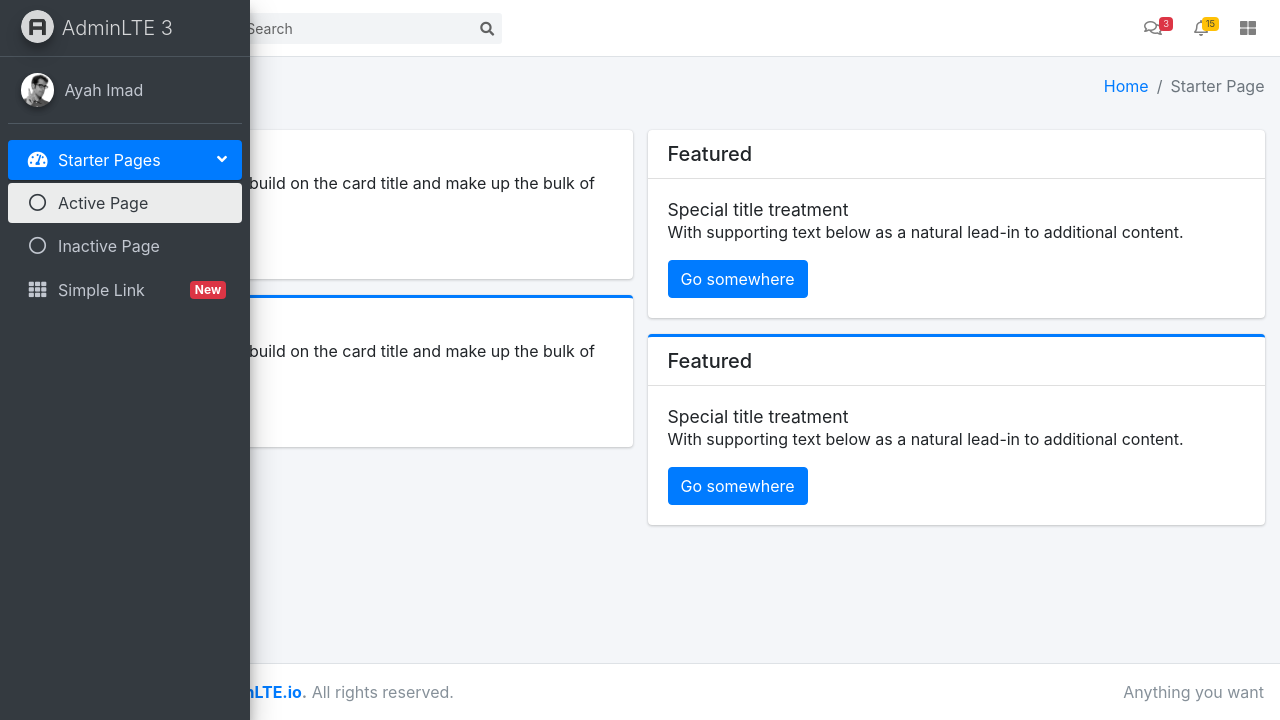
Repository: Abdaljawad-Aya/Django-Exercises
Page: polls/templates/polls/starter.html
The author's editor kept a copy of each file at every save. The page is drawn from the files as they stood at one save, then again after the next save.
The browser window is 1280 px wide. The pictures show the whole page.
Some web fonts or font styles are not loaded; a fallback is used. The page is served by the project's application, run on Django 3.2 (manage.py). Other server files are loaded and not shown. The template is opened directly, without the code that normally fills it, so the values that code supplies are empty.

Above is the page before, as saved 2021-03-09 19:48:50.

### crudDj/DJ/polls/templates/polls/starter.html

<!--
This is a starter template page. Use this page to start your new project from
scratch. This page gets rid of all links and provides the needed markup only.
-->
{% load static %}
<!DOCTYPE html>
<html lang="en">
<head>
  <meta charset="utf-8">
  <meta name="viewport" content="width=device-width, initial-scale=1">
  <meta http-equiv="x-ua-compatible" content="ie=edge">

  <title>AdminLTE 3 | Starter</title>

  <!-- Font Awesome Icons -->
  <link rel="stylesheet" href="{% static 'plugins/fontawesome-free/css/all.min.css' %}">
  <!-- Theme style -->
  <link rel="stylesheet" href="{% static 'dist/css/adminlte.min.css'%}">
  <!-- Google Font: Source Sans Pro -->
  <link href="https://fonts.googleapis.com/css?family=Source+Sans+Pro:300,400,400i,700" rel="stylesheet">
</head>
<body class="hold-transition sidebar-mini">
<div class="wrapper">

  <!-- Navbar -->
  <nav class="main-header navbar navbar-expand navbar-white navbar-light">
    <!-- Left navbar links -->
    <ul class="navbar-nav">
      <li class="nav-item">
        <a class="nav-link" data-widget="pushmenu" href="#" role="button"><i class="fas fa-bars"></i></a>
      </li>
      <li class="nav-item d-none d-sm-inline-block">
        <a href="index3.html" class="nav-link">Home</a>
      </li>
      <li class="nav-item d-none d-sm-inline-block">
        <a href="#" class="nav-link">Contact</a>
      </li>
    </ul>

    <!-- SEARCH FORM -->
    <form class="form-inline ml-3">
      <div class="input-group input-group-sm">
        <input class="form-control form-control-navbar" type="search" placeholder="Search" aria-label="Search">
        <div class="input-group-append">
          <button class="btn btn-navbar" type="submit">
            <i class="fas fa-search"></i>
          </button>
        </div>
      </div>
    </form>

    <!-- Right navbar links -->
    <ul class="navbar-nav ml-auto">
      <!-- Messages Dropdown Menu -->
      <li class="nav-item dropdown">
        <a class="nav-link" data-toggle="dropdown" href="#">
          <i class="far fa-comments"></i>
          <span class="badge badge-danger navbar-badge">3</span>
        </a>
        <div class="dropdown-menu dropdown-menu-lg dropdown-menu-right">
          <a href="#" class="dropdown-item">
            <!-- Message Start -->
            <div class="media">
              <img src="{% static 'dist/img/user1-128x128.jpg'%}" alt="User Avatar" class="img-size-50 mr-3 img-circle">
              <div class="media-body">
                <h3 class="dropdown-item-title">
                  Brad Diesel
                  <span class="float-right text-sm text-danger"><i class="fas fa-star"></i></span>
                </h3>
                <p class="text-sm">Call me whenever you can...</p>
                <p class="text-sm text-muted"><i class="far fa-clock mr-1"></i> 4 Hours Ago</p>
              </div>
            </div>
            <!-- Message End -->
          </a>
          <div class="dropdown-divider"></div>
          <a href="#" class="dropdown-item">
            <!-- Message Start -->
            <div class="media">
              <img src="{% static 'dist/img/user8-128x128.jpg'%}" alt="User Avatar" class="img-size-50 img-circle mr-3">
              <div class="media-body">
                <h3 class="dropdown-item-title">
                  John Pierce
                  <span class="float-right text-sm text-muted"><i class="fas fa-star"></i></span>
                </h3>
                <p class="text-sm">I got your message bro</p>
                <p class="text-sm text-muted"><i class="far fa-clock mr-1"></i> 4 Hours Ago</p>
              </div>
            </div>
            <!-- Message End -->
          </a>
          <div class="dropdown-divider"></div>
          <a href="#" class="dropdown-item">
            <!-- Message Start -->
            <div class="media">
              <img src="{% static 'dist/img/user3-128x128.jpg'%}" alt="User Avatar" class="img-size-50 img-circle mr-3">
              <div class="media-body">
                <h3 class="dropdown-item-title">
                  Nora Silvester
                  <span class="float-right text-sm text-warning"><i class="fas fa-star"></i></span>
                </h3>
                <p class="text-sm">The subject goes here</p>
                <p class="text-sm text-muted"><i class="far fa-clock mr-1"></i> 4 Hours Ago</p>
              </div>
            </div>
            <!-- Message End -->
          </a>
          <div class="dropdown-divider"></div>
          <a href="#" class="dropdown-item dropdown-footer">See All Messages</a>
        </div>
      </li>
      <!-- Notifications Dropdown Menu -->
      <li class="nav-item dropdown">
        <a class="nav-link" data-toggle="dropdown" href="#">
          <i class="far fa-bell"></i>
          <span class="badge badge-warning navbar-badge">15</span>
        </a>
        <div class="dropdown-menu dropdown-menu-lg dropdown-menu-right">
          <span class="dropdown-header">15 Notifications</span>
          <div class="dropdown-divider"></div>
          <a href="#" class="dropdown-item">
            <i class="fas fa-envelope mr-2"></i> 4 new messages
            <span class="float-right text-muted text-sm">3 mins</span>
          </a>
          <div class="dropdown-divider"></div>
          <a href="#" class="dropdown-item">
            <i class="fas fa-users mr-2"></i> 8 friend requests
            <span class="float-right text-muted text-sm">12 hours</span>
          </a>
          <div class="dropdown-divider"></div>
          <a href="#" class="dropdown-item">
            <i class="fas fa-file mr-2"></i> 3 new reports
            <span class="float-right text-muted text-sm">2 days</span>
          </a>
          <div class="dropdown-divider"></div>
          <a href="#" class="dropdown-item dropdown-footer">See All Notifications</a>
        </div>
      </li>
      <li class="nav-item">
        <a class="nav-link" data-widget="control-sidebar" data-slide="true" href="#" role="button"><i
            class="fas fa-th-large"></i></a>
      </li>
    </ul>
  </nav>
  <!-- /.navbar -->

  <!-- Main Sidebar Container -->
  <aside class="main-sidebar sidebar-dark-primary elevation-4">
    <!-- Brand Logo -->
    <a href="index3.html" class="brand-link">
      <img src="{% static 'dist/img/AdminLTELogo.png'%}" alt="AdminLTE Logo" class="brand-image img-circle elevation-3"
           style="opacity: .8">
      <span class="brand-text font-weight-light">AdminLTE 3</span>
    </a>

    <!-- Sidebar -->
    <div class="sidebar">
      <!-- Sidebar user panel (optional) -->
      <div class="user-panel mt-3 pb-3 mb-3 d-flex">
        <div class="image">
          <img src="{% static 'dist/img/user2-160x160.jpg'%}" class="img-circle elevation-2" alt="User Image">
        </div>
        <div class="info">
          <a href="#" class="d-block">Ayah Imad</a>
        </div>
      </div>

      <!-- Sidebar Menu -->
      <nav class="mt-2">
        <ul class="nav nav-pills nav-sidebar flex-column" data-widget="treeview" role="menu" data-accordion="false">
          <!-- Add icons to the links using the .nav-icon class
               with font-awesome or any other icon font library -->
          <li class="nav-item has-treeview menu-open">
            <a href="#" class="nav-link active">
              <i class="nav-icon fas fa-tachometer-alt"></i>
              <p>
                Starter Pages
                <i class="right fas fa-angle-left"></i>
              </p>
            </a>
            <ul class="nav nav-treeview">
              <li class="nav-item">
                <a href="#" class="nav-link active">
                  <i class="far fa-circle nav-icon"></i>
                  <p>Active Page</p>
                </a>
              </li>
              <li class="nav-item">
                <a href="#" class="nav-link">
                  <i class="far fa-circle nav-icon"></i>
                  <p>Inactive Page</p>
                </a>
              </li>
            </ul>
          </li>
          <li class="nav-item">
            <a href="#" class="nav-link">
              <i class="nav-icon fas fa-th"></i>
              <p>
                Simple Link
                <span class="right badge badge-danger">New</span>
              </p>
            </a>
          </li>
        </ul>
      </nav>
      <!-- /.sidebar-menu -->
    </div>
    <!-- /.sidebar -->
  </aside>

  <!-- Content Wrapper. Contains page content -->
  <div class="content-wrapper">
    <!-- Content Header (Page header) -->
    <div class="content-header">
      <div class="container-fluid">
        <div class="row mb-2">
          <div class="col-sm-6">
            <h1 class="m-0 text-dark">Starter Page</h1>
          </div><!-- /.col -->
          <div class="col-sm-6">
            <ol class="breadcrumb float-sm-right">
              <li class="breadcrumb-item"><a href="#">Home</a></li>
              <li class="breadcrumb-item active">Starter Page</li>
            </ol>
          </div><!-- /.col -->
        </div><!-- /.row -->
      </div><!-- /.container-fluid -->
    </div>
    <!-- /.content-header -->

    <!-- Main content -->
    <div class="content">
      <div class="container-fluid">
        <div class="row">
          <div class="col-lg-6">
            <div class="card">
              <div class="card-body">
                <h5 class="card-title">Card title</h5>

                <p class="card-text">
                  Some quick example text to build on the card title and make up the bulk of the card's
                  content.
                </p>

                <a href="#" class="card-link">Card link</a>
                <a href="#" class="card-link">Another link</a>
              </div>
            </div>

            <div class="card card-primary card-outline">
              <div class="card-body">
                <h5 class="card-title">Card title</h5>

                <p class="card-text">
                  Some quick example text to build on the card title and make up the bulk of the card's
                  content.
                </p>
                <a href="#" class="card-link">Card link</a>
                <a href="#" class="card-link">Another link</a>
              </div>
            </div><!-- /.card -->
          </div>
          <!-- /.col-md-6 -->
          <div class="col-lg-6">
            <div class="card">
              <div class="card-header">
                <h5 class="m-0">Featured</h5>
              </div>
              <div class="card-body">
                <h6 class="card-title">Special title treatment</h6>

                <p class="card-text">With supporting text below as a natural lead-in to additional content.</p>
                <a href="#" class="btn btn-primary">Go somewhere</a>
              </div>
            </div>

            <div class="card card-primary card-outline">
              <div class="card-header">
                <h5 class="m-0">Featured</h5>
              </div>
              <div class="card-body">
                <h6 class="card-title">Special title treatment</h6>

                <p class="card-text">With supporting text below as a natural lead-in to additional content.</p>
                <a href="#" class="btn btn-primary">Go somewhere</a>
              </div>
            </div>
          </div>
          <!-- /.col-md-6 -->
        </div>
        <!-- /.row -->
      </div><!-- /.container-fluid -->
    </div>
    <!-- /.content -->
  </div>
  <!-- /.content-wrapper -->

  <!-- Control Sidebar -->
  <aside class="control-sidebar control-sidebar-dark">
    <!-- Control sidebar content goes here -->
    <div class="p-3">
      <h5>Title</h5>
      <p>Sidebar content</p>
    </div>
  </aside>
  <!-- /.control-sidebar -->

  <!-- Main Footer -->
  <footer class="main-footer">
    <!-- To the right -->
    <div class="float-right d-none d-sm-inline">
      Anything you want
    </div>
    <!-- Default to the left -->
    <strong>Copyright &copy; 2014-2019 <a href="https://adminlte.io">AdminLTE.io</a>.</strong> All rights reserved.
  </footer>
</div>
<!-- ./wrapper -->

<!-- REQUIRED SCRIPTS -->

<!-- jQuery -->
<script src="{% static 'plugins/jquery/jquery.min.js'%}"></script>
<!-- Bootstrap 4 -->
<script src="{% static 'plugins/bootstrap/js/bootstrap.bundle.min.js'%}"></script>
<!-- AdminLTE App -->
<script src="{% static 'dist/js/adminlte.min.js'%}"></script>
</body>
</html>

### crudDj/DJ/DJ/urls.py
"""DJ URL Configuration

The `urlpatterns` list routes URLs to views. For more information please see:
    https://docs.djangoproject.com/en/3.1/topics/http/urls/
Examples:
Function views
    1. Add an import:  from my_app import views
    2. Add a URL to urlpatterns:  path('', views.home, name='home')
Class-based views
    1. Add an import:  from other_app.views import Home
    2. Add a URL to urlpatterns:  path('', Home.as_view(), name='home')
Including another URLconf
    1. Import the include() function: from django.urls import include, path
    2. Add a URL to urlpatterns:  path('blog/', include('blog.urls'))
"""
from django.contrib import admin
from django.urls import path , include

urlpatterns = [
    path('polls/', include('polls.urls')),
    path('admin/', admin.site.urls),
]

### crudDj/DJ/polls/urls.py
from django.urls import path
from polls import views

urlpatterns = [
    path ('' , views.index, name="index"),
]

Loaded but not shown: crudDj/DJ/static/plugins/fontawesome-free/css/all.min.css (library); crudDj/DJ/static/dist/css/adminlte.min.css (library); crudDj/DJ/static/plugins/jquery/jquery.min.js (library); crudDj/DJ/static/plugins/bootstrap/js/bootstrap.bundle.min.js (library); crudDj/DJ/static/dist/js/adminlte.min.js (library)

After the next save:
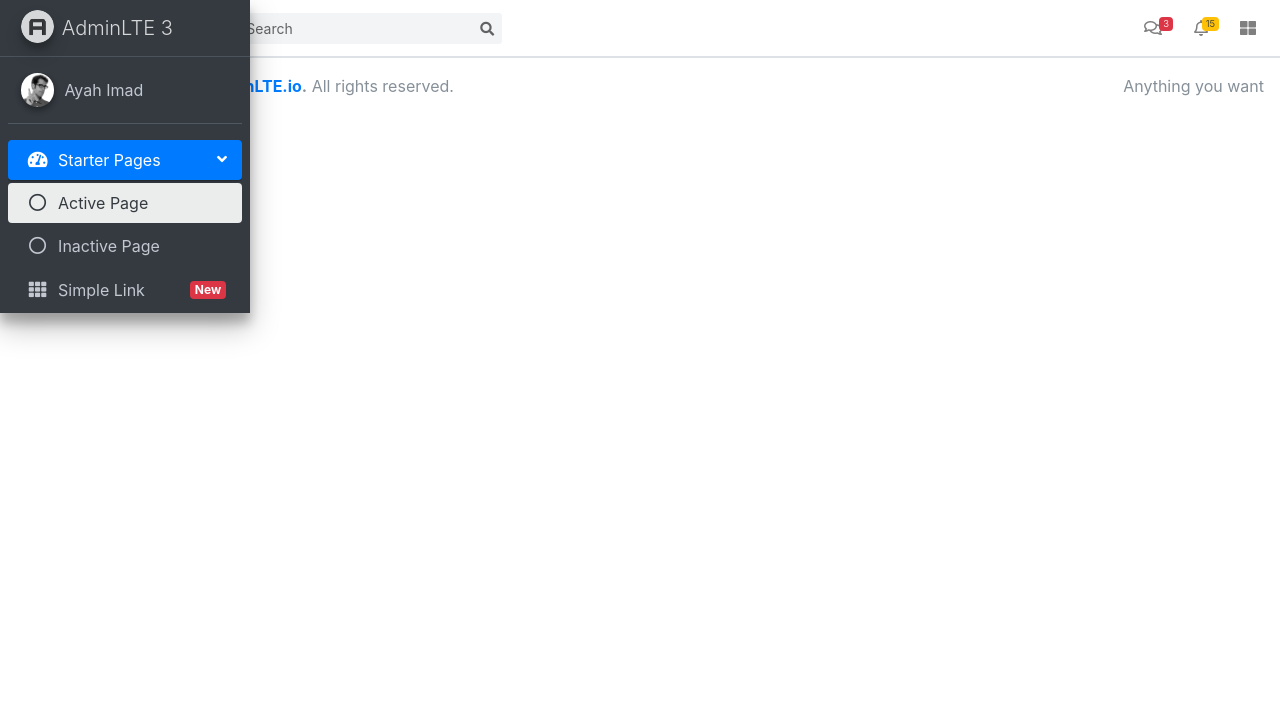
Saved 16 s later.
--- a/crudDj/DJ/polls/templates/polls/starter.html
+++ b/crudDj/DJ/polls/templates/polls/starter.html
@@ -211,7 +211,7 @@
   </aside>
 
   <!-- Content Wrapper. Contains page content -->
-  <div class="content-wrapper">
+  {% comment %} <div class="content-wrapper">
     <!-- Content Header (Page header) -->
     <div class="content-header">
       <div class="container-fluid">
@@ -294,7 +294,7 @@
       </div><!-- /.container-fluid -->
     </div>
     <!-- /.content -->
-  </div>
+  </div> {% endcomment %}
   <!-- /.content-wrapper -->
 
   <!-- Control Sidebar -->

After the save that followed:
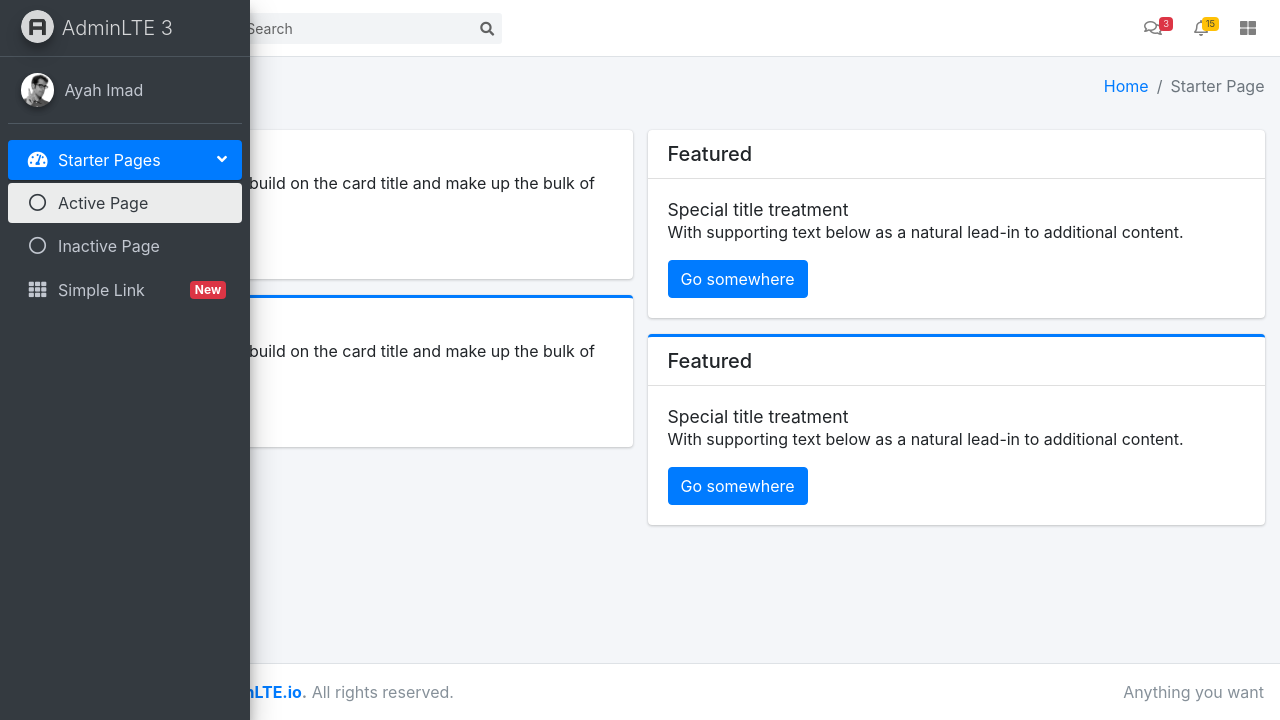
Saved 6 s later.
--- a/crudDj/DJ/polls/templates/polls/starter.html
+++ b/crudDj/DJ/polls/templates/polls/starter.html
@@ -211,7 +211,7 @@
   </aside>
 
   <!-- Content Wrapper. Contains page content -->
-  {% comment %} <div class="content-wrapper">
+  <div class="content-wrapper">
     <!-- Content Header (Page header) -->
     <div class="content-header">
       <div class="container-fluid">
@@ -294,7 +294,7 @@
       </div><!-- /.container-fluid -->
     </div>
     <!-- /.content -->
-  </div> {% endcomment %}
+  </div>
   <!-- /.content-wrapper -->
 
   <!-- Control Sidebar -->
